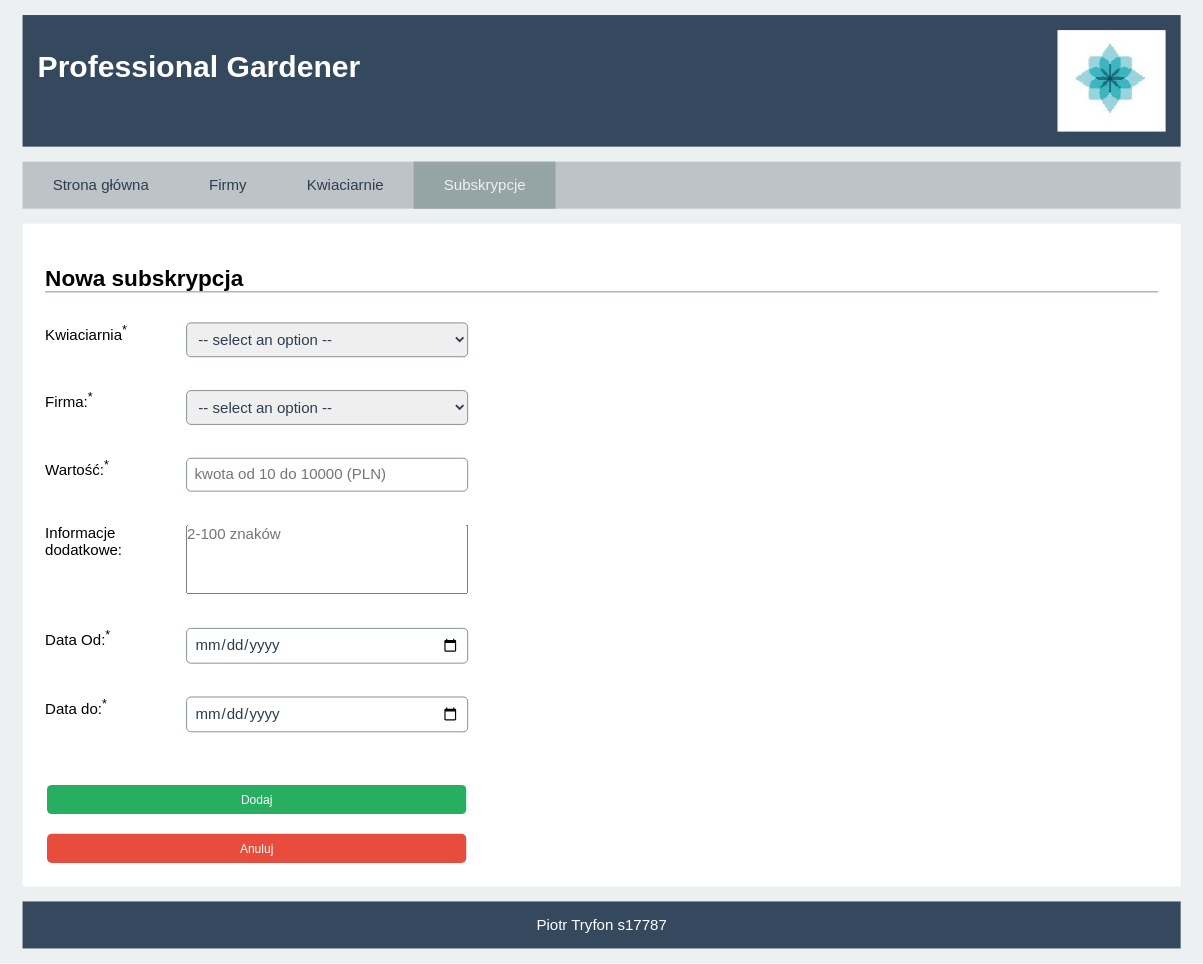
Repository: s17787/TIN
Page: tin_zaoczne_12_s17787_html-css/pages/subscription-form.html
The author's editor kept a copy of each file at every save. The page is drawn from the files as they stood at one save, then again after the next save.
The browser window is 1280 px wide. The pictures show the whole page, at 94% of full size.

Above is the page before, as saved 2021-01-06 09:57:16.

### tin_zaoczne_12_s17787_html-css/pages/subscription-form.html
<!DOCTYPE html>
<html lang="pl-PL">
<head>
    <meta charset="UTF-8">
    <meta name="viewport" content="width=device-width, initial-scale=1.0">
    <title>Professional Gardener</title>
    <link rel="stylesheet" href="../css/style.css" type="text/css"/>
    <script type="application/javascript" src="js/validationCommon.js"></script>
</head>
<body>
    <header>
        <h1>Professional Gardener</h1>
        <img src="../images/logo.jpg" alt="Professional Gardener">
    </header>
    <nav>
        <ul>
            <li><a href="../index.html" >Strona główna</a></li>
            <li><a href="client-list.html">Firmy</a></li>
            <li><a href="florist-list.html" >Kwiaciarnie</a></li>
            <li><a href="subscription-list.html" class="active">Subskrypcje</a></li>
        </ul>
    </nav>
    <main>
        <h2>Nowa subskrypcja</h2>
        <form class="form">
            <!--<div class="form-group">-->
                <label for="florist_Name">Kwiaciarnia<sup>*</sup></label>
                <select id="florist_Name" name="florist_Name">
                    <option disabled selected value> -- select an option -- </option>
                    <option value="wilenska" >Wileńska</option>
                    <option value="poludniowa">Południowa</option>
                    <option value="polnocna">Północna</option>
                  </select>
                  <span id="errorName" class="errors-text"></span>
            <!--</div>-->
            <!--<div class="form-group">-->
                <label for="client_Name">Firma:<sup>*</sup></label>
                <select id="client_Name" name="client_Name">
                    <option disabled selected value> -- select an option -- </option>
                    <option value="sony">Sony</option>
                    <option value="walmart">Walmart</option>
                    <option value="amazon">Amazon</option>
                  </select>
                  <span id="errorName" class="errors-text"></span>
            <!--</div>-->
            <!--<div class="form-group">-->
                <label for="value">Wartość:<sup>*</sup></label>
                <input type="text" name="value" id="value" placeholder="kwota od 10 do 10000 (PLN)"/>
                <span id="errorValue" class="errors-text"></span>
            <!--</div>-->
            <!--<div class="form-group">-->
                <label for="Informacje">Informacje dodatkowe:</label>
                <textarea type="text" name="Informacje" id="Informacje" rows="4" cols="10" style="resize: none;" placeholder="2-100 znaków"></textarea>
                <span id="errorInformation" class="errors-text"></span>
            <!--</div>-->
            <!--<div class="form-group">-->
                <label for="date_From">Data Od:<sup>*</sup></label>
                <input type="date" name="date_From" id="date_From"/>
                <span id="errorDateFrom" class="errors-text"></span>
            <!--</div>-->
            <!--<div class="form-group">-->
                <label for="date_To">Data do:<sup>*</sup></label>
                <input type="date" name="date_To" id="date_To"/>
                <span id="errorDateTo" class="errors-text"></span>
            <!--</div>-->
            <!--<div class="form-group">-->
                <p id="errorsSummary" class="errors-text"></p>
                <p><a href="subscription-list.html" class="form-button-submit" >Dodaj</a></p>
                <p><a href="subscription-list.html" class="form-button-cancel" >Anuluj</a></p>
            <!--</div>-->
        </form>
    </main>
    <footer>
        Piotr Tryfon s17787
    </footer>
</body>
</html>

### tin_zaoczne_12_s17787_html-css/css/style.css
html {
    background-color: #ecf0f1;
    font-family: sans-serif;
}

body {
    min-width: 360px;
  }

header,
main,
footer {
    background-color: white;
}

header,
main,
footer,
nav {
    margin: 1rem;
}

header,
footer {
    background-color: #34495e;
    color: white;
    padding: 1rem;
}

header {
    display: flex;
    justify-content: space-between;
}

nav {
    background-color: #bdc3c7;
}

nav ul {
    display: flex;
    padding: 0;
    list-style-type: none;
}

nav ul li a {
    display: inline-block;
    color: #2c3e50;
    padding: 1rem 2rem;
    text-decoration: none;
}

nav ul li a:hover {
    background-color: #d35400;
    color: #ecf0f1;
}

nav ul li a.active {
    background-color: #95a5a6;
    color: #ecf0f1;
}

main {
    padding: 1.5rem;
}

footer {
    text-align: center;
}

main h2 {
    border-bottom: 1px solid #7f8c8d;
    margin-bottom: 2rem;
}

.table-list {
    border-collapse: collapse;
    color:#2c3e50;
    width: 100%;
}

.table-list,
.table-list th,
.table-list td {
    border: 1px solid #bdc3c7;
}

.table-list th,
.table-list td {
    padding: 0.5rem;
}

.table-list th,
.table-list tbody tr:nth-child(even) {
    background-color: #ecf0f1;
}

.list-actions {
    margin: 0;
    text-align: center;
    list-style-type: none;
    padding: 0;
}

.list-actions li {
    display: inline-block;
    margin: 0.2em;
}

.list-actions-button-details,
.list-actions-button-edit,
.list-actions-button-delete {
    display: inline-block;
    width: 75px;
    padding: 0.25rem 0.5rem;
}

.list-actions-button-details,
.list-actions-button-edit,
.list-actions-button-delete,
.button-add,
.form-button-submit,
.form-button-cancel {
    border: none;
    border-radius: 5px;
    color: white;
    text-decoration: none;
    text-align: center;
    font-size: 0.8rem;
}

.list-actions-button-details,
.list-actions-button-edit {
    margin-right: 1rem;
}

.list-actions-button-details {
    background-color: #2980b9;
}
.list-actions-button-details:hover {
    background-color: #3498db;
}

.list-actions-button-edit {
    background-color: #f39c12;
}

.list-actions-button-edit:hover {
    background-color: #f1c40f;
}

.form-button-cancel,
.list-actions-button-delete {
    background-color: #c0392b;
}

.form-button-cancel,
.list-actions-button-delete:hover {
    background-color: #e74c3c;
}

.button-add,
.form-button-submit,
.form-button-cancel {
    padding: 0.5rem 1rem;
}

.button-add,
.form-button-submit {
    background-color: #27ae60;
}

.button-add:hover,
.form-button-submit:hover {
    background-color: #2ecc71;
}

button,
input,
select,
textarea {
    font-family: inherit;
    font-size: 100%;
    box-sizing: border-box;
    padding: 0; margin: 0;
}

textarea {
    overflow: auto;
}

.form {
    display: grid;
    grid-template-columns: 150px 300px;
    row-gap: 1rem;
}

.form select,
.form input[type="text"],
.form input[type="number"],
.form input[type="date"],
.form input[type="email"] {
    border: 1px solid #7f8c8d;
    color:#2c3e50;
    border-radius: 5px;
    padding: 0.5rem;
    width: 100%;
}

.form label {
    display: block;
    margin-bottom: 0.5em;
}

.form-group {
    margin-bottom: 1rem;
}

abbr[title='required'] {
    color: #c0392b;
}

.form p {
    grid-column-start: 1;
    grid-column-end: -1;
    margin: 0.1em;
}

.form span {
    grid-column-start: -2;
    grid-column-end: -1;
    margin: 0.1em;
}

.form-button-submit,
.form-button-cancel {
    width: 100%;
}

.form-button-submit,
.form-button-cancel {
    box-sizing: border-box;
    display: block;
}

.form-button-submit {
    margin-bottom: 0.1rem;
}

@media all and (max-width:720px) {
    header {
        flex-direction: column;
    }

    header h1 {
        text-align: center;
    }

    header img {
        align-self: center;
    }
}

@media all and (max-width: 400px) {
    body,
    nav,
    nav ul,
    header,
    main,
    footer {
        margin: 0;
    }
}

@media all and (max-width:720px) {
    nav ul {
        flex-wrap: wrap;
    }

    nav ul li {
        flex-basis: 50%;
        text-align: center;
    }

    nav ul li a {
        display: block;
    }
}

@media all and (max-width: 400px) {
    nav ul li {
        flex-basis: 100%;
    }
}

@media all and (max-width: 720px) {
    .form {
        grid-template-columns: 1fr;
        row-gap:unset;
        margin-left: unset;
        row-gap: 0.3rem;
    }

    .form input[type="text"],
    .form input[type="number"],
    .form input[type="date"],
    .form select {
        margin-bottom: 1rem;
    }
}

Loaded but not shown: tin_zaoczne_12_s17787_html-css/js/validationCommon.js (no stored copy; drawn as an empty file)

After the next save:
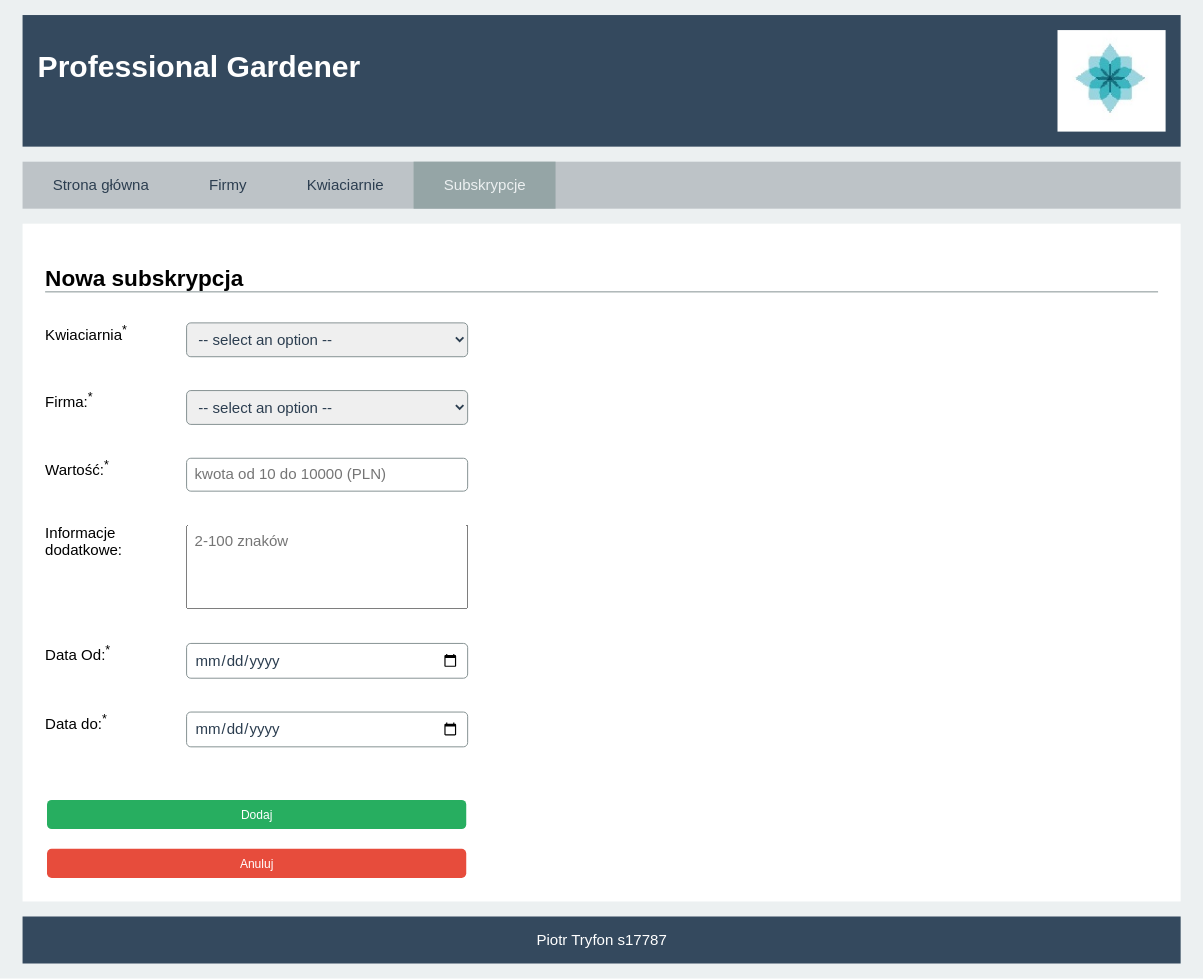
Saved 75 s later.
--- a/tin_zaoczne_12_s17787_html-css/css/style.css
+++ b/tin_zaoczne_12_s17787_html-css/css/style.css
@@ -225,6 +225,10 @@ abbr[title='required'] {
     margin: 0.1em;
 }
 
+.form textarea{
+    padding: 0.5rem;
+}
+
 .form span {
     grid-column-start: -2;
     grid-column-end: -1;
